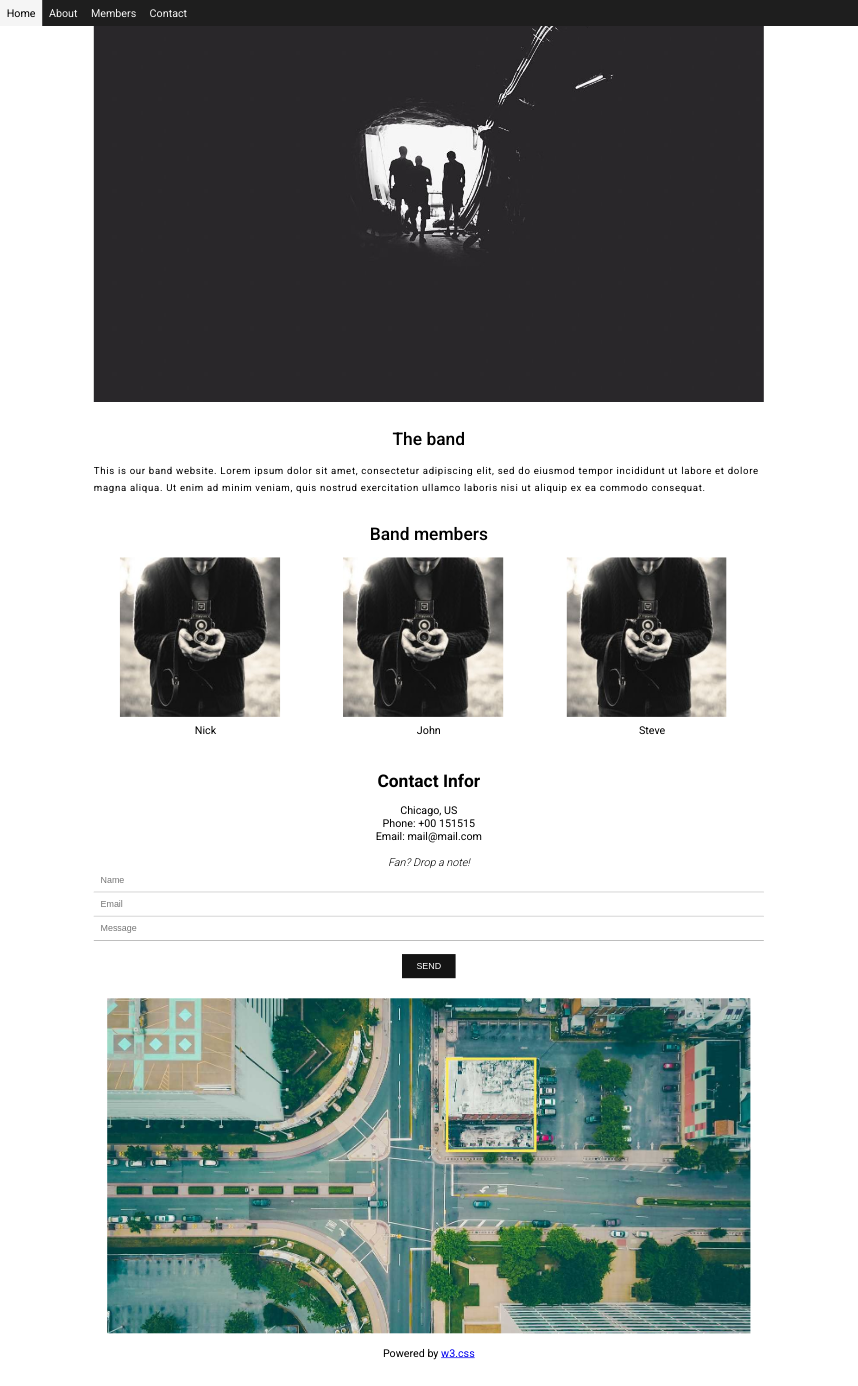
Repository: hieu-22/w3_band_UI
Page: index.html
These files come from the project's save history. The page is drawn as it stood at one moment and after the next save; the edit follows.
The browser window is 1280 px wide. The pictures show the whole page, at 67% of full size.

Above is the page before, as saved 2022-12-30 14:13:54.

### index.html
<!DOCTYPE html>
<html lang="en">
<head>
    <meta charset="UTF-8">
    <meta http-equiv="X-UA-Compatible" content="IE=edge">
    <meta name="viewport" content="width=device-width, initial-scale=1.0">
    <title>The band - by w3school</title>
    <script src="scr/main.js" defer></script>
    <link rel="stylesheet" href="assets/css/style.css">
    <link rel="preconnect" href="https://fonts.googleapis.com"><link rel="preconnect" href="https://fonts.gstatic.com" crossorigin><link href="https://fonts.googleapis.com/css2?family=Roboto:wght@100;300;400;500;700&display=swap" rel="stylesheet">
</head>
<body>
    <header class="header">
        <nav class="navigation-bar">
            <ul class="navigation-bar__list">
                <li class="navigation-bar__list-item">
                    Home
                </li>
                <li class="navigation-bar__list-item">
                    About
                </li>
                <li class="navigation-bar__list-item">
                    Members
                </li>
                <li class="navigation-bar__list-item">
                    Contact
                </li>
            </ul>
        </nav>
        <div class="banner"></div>
    </header>

    <main class="content">
        <div class="content__about">
            <h2 class="content__about-name">The band</h2>
            <p class="content__about-description"> This is our band website. Lorem ipsum dolor sit amet, consectetur adipiscing elit, sed do eiusmod tempor incididunt ut labore et dolore magna aliqua. Ut enim ad minim veniam, quis nostrud exercitation ullamco laboris nisi ut aliquip ex ea commodo consequat.
            </p>
        </div>
        <!-- end about -->

        <div class="content__members">
            <h2 class="content__members-header">Band members</h2>
            <div class="content__members-container">
                <div class="member">
                    <div class="member__img">
                        <img src="/assets/img/img_bandmember.jpg" alt="band member">
                    </div>
                    <p class="member__name">Nick</p>
                </div>
                <!-- member1 -->
                <div class="member">
                    <div class="member__img">
                        <img src="/assets/img/img_bandmember.jpg" alt="band member">
                    </div>
                    <p class="member__name">John</p>
                </div>
                <!-- member2 -->
                <div class="member">
                    <div class="member__img">
                        <img src="/assets/img/img_bandmember.jpg" alt="band member">
                    </div>
                    <p class="member__name">Steve</p>
                </div>
                <!-- member3 -->
            </div>
        </div>
        <!-- end members -->
        <div class="content__contact-infor">
            <h2 class="contact-infor__header">Contact Infor</h2>
            <address class="contact-infor__address">
                Chicago, US</br>
                Phone: +00 151515</br>
                Email: mail@mail.com
            </address>
            <div class="contact-infor__form">
                <h3 class="contact-infor__form-title">Fan? Drop a note!</h3>
            <form action="#">
                <input type="text" placeholder="Name" name="name">
                <input type="email" placeholder="Email">
                <input type="text" placeholder="Message">
                <button type="submit">SEND</button>
            </form>
            </div>
            <div class="contact-infor__banner"></div>
        </div>
    </main>

    <footer class="footer">
        <p>Powered by <a href="#">w3.css</a></p>
    </footer>
</body>
</html>

### scr/main.js
// change banner starts
const banner = document.querySelector('.banner')
let currentBanner = 'banner1'

function changeBanner() {
    if(currentBanner == 'banner1') {
        banner.classList.remove('banner-picture1')
        banner.classList.add('banner-picture2')
        currentBanner = 'banner2'
    } else if(currentBanner == 'banner2') {
        banner.classList.remove('banner-picture2')
        banner.classList.add('banner-picture3')
        currentBanner = 'banner3'
    } else {
        banner.classList.remove('banner-picture3')
        currentBanner = 'banner1'
    }
}

setInterval(changeBanner, 1500)
// change banner ends

### assets/css/style.css
* {
    box-sizing: border-box;
    padding: 0;
    margin: 0;

}

html {
    font-family: 'Roboto', sans-serif;
    font-size: 16px;
    max-width: 1000px;
    margin: auto;
}

.header {
    height: 600px;
}

.navigation-bar {
    position: fixed;
    top: 0;
    left: 0;
    z-index: 2;
    width: 100%;
    background-color: rgb(30, 30, 30);
}

.navigation-bar__list {
    display: flex;
    justify-content: flex-start;
    align-items: center;
    border-radius: 2px;
    list-style-type: none;
}

.navigation-bar__list-item {
    padding: 10px;
    color: whitesmoke;
}

.navigation-bar__list-item:hover {
    background-color: whitesmoke;
    color: black;
    cursor: pointer;
}

.banner {
    height: 100%;
    width: auto;
    background-size: cover;
    background-image: url('../img/img_la.jpg');
}

.banner-picture2 {
    background-image: url('../img/img_ny.jpg');
}
.banner-picture3 {
    background-image: url('../img/img_ch.jpg');
}

/* main content */
.content__about {
    margin-top: 20px;
}

.content__about-name {
    font-weight: 500;
    text-align: center;
    font-size: 26px;
    padding: 20px 0;
}

.content__about-description {
    letter-spacing: 1px;
    line-height: 26px;
    font-size: 0.9rem;
}
/* end about */

.content__members {
    margin-top: 20px;
}
.content__members-header {
    font-weight: 500;
    text-align: center;
    width: 100%;
    padding: 20px 0;
    font-size: 26px;
}
.content__members-container {
    display: flex;
    justify-content: space-around;
}

.member__img {
    height: 80%;
}

.member__img img {
    height: 100%;
}

.member__name {
    text-align: center;
    padding: 10px;
}
/* end member */

.content__contact-infor {
    margin-top: 20px;
}

.content__contact-infor .contact-infor__header {
    margin: 20px 0;
    text-align: center;
    font-size: 26px;
}

.content__contact-infor .contact-infor__address {
    margin: 20px 0;
    text-align: center;
    font-style: normal;
}
/* end contact address */

.content__contact-infor .contact-infor__form-title {
    font-style: italic;
    font-weight: 300;
    font-size: 16px;
    text-align: center;
}

input {
    width: 100%;
    padding: 10px;
    border: none;
    border-bottom: 1px solid rgb(158, 158, 158);
}

input:focus {
    border: 1px solid black;
}

button {
    position: relative;
    left: 50%;
    top: 20px;
    transform: translateX(-50%);

    width: 80px;
    height: 36px;
    border: none;

    background-color: rgb(20, 20, 20);
    color: white;

    cursor: pointer;
}

button:hover {
    background-color: rgb(196, 198, 199);
    color: black;
}
/* end contact form */

.contact-infor__banner {
    height: 500px;
    width: auto;
    margin: 50px 20px 0 20px;
    background-image: url(../img/map.jpg);
    background-size: cover;
    background-repeat: no-repeat;
}

.footer {
    margin: 20px 0 40px 0;
}

.footer p {
    text-align: center;
}

@media only screen and (760px < width < 1000px) {
    .banner {
        background-size: contain;
        background-repeat: no-repeat;
    }
    .contact-infor__banner {
        height: 400px;
    }
}

@media only screen and (580px < width <= 760px) {
    .content__members-container {
        flex-flow: row wrap;
    }
    .contact-infor__banner {
        height: 360px;
    }
}

@media only screen and (width < 580px) {
    .content__members-container {
        flex-flow: column;
    }
    .member__img {
        display: flex;
        justify-content: center;
    }

    .contact-infor__banner {
        height: 300px;
        background-size: contain;
    }
}

After the next save:
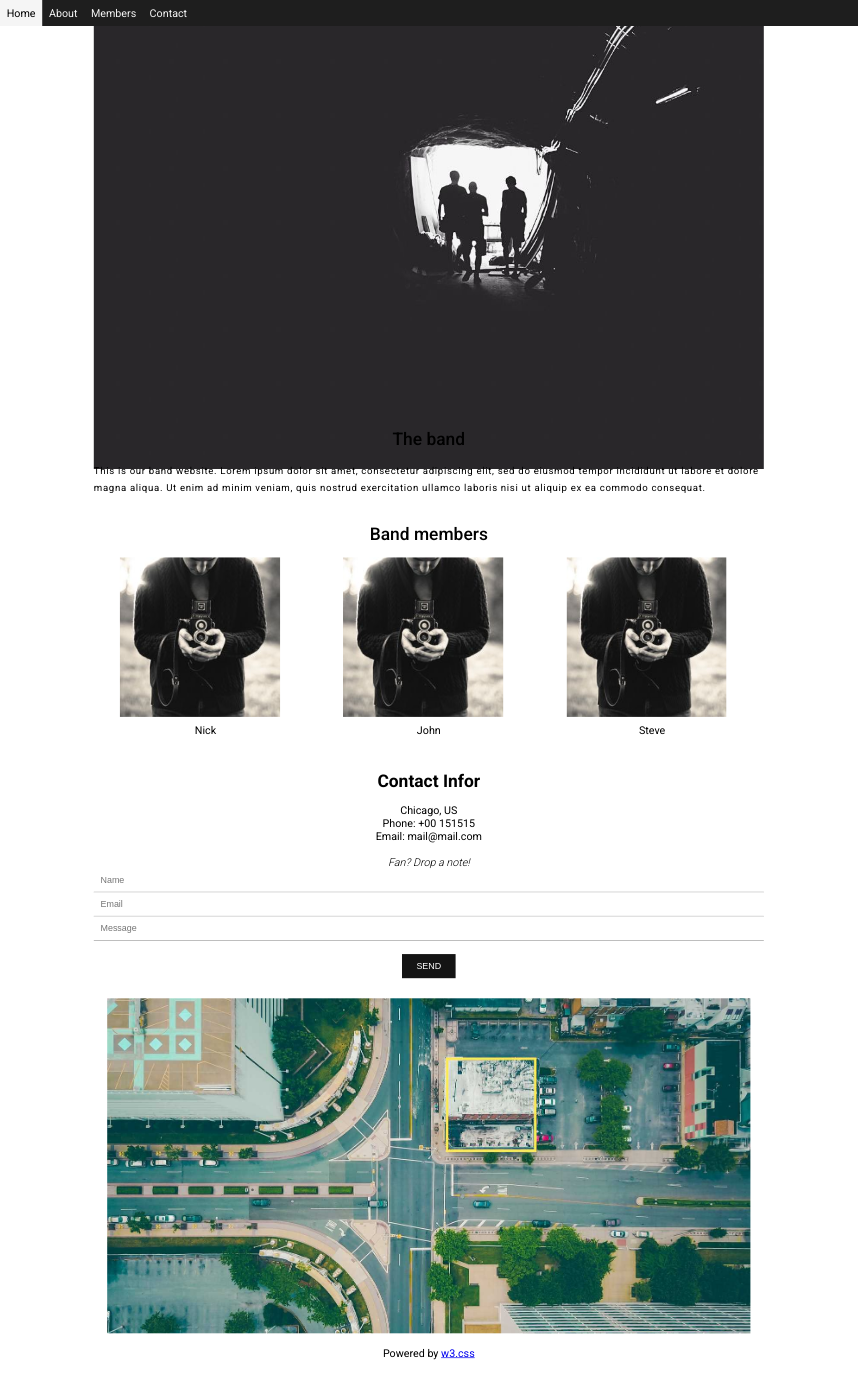
Saved 14 s later.
--- a/assets/css/style.css
+++ b/assets/css/style.css
@@ -45,7 +45,7 @@
 }
 
 .banner {
-    height: 100%;
+    height: 700px;
     width: auto;
     background-size: cover;
     background-image: url('../img/img_la.jpg');

After the save that followed:
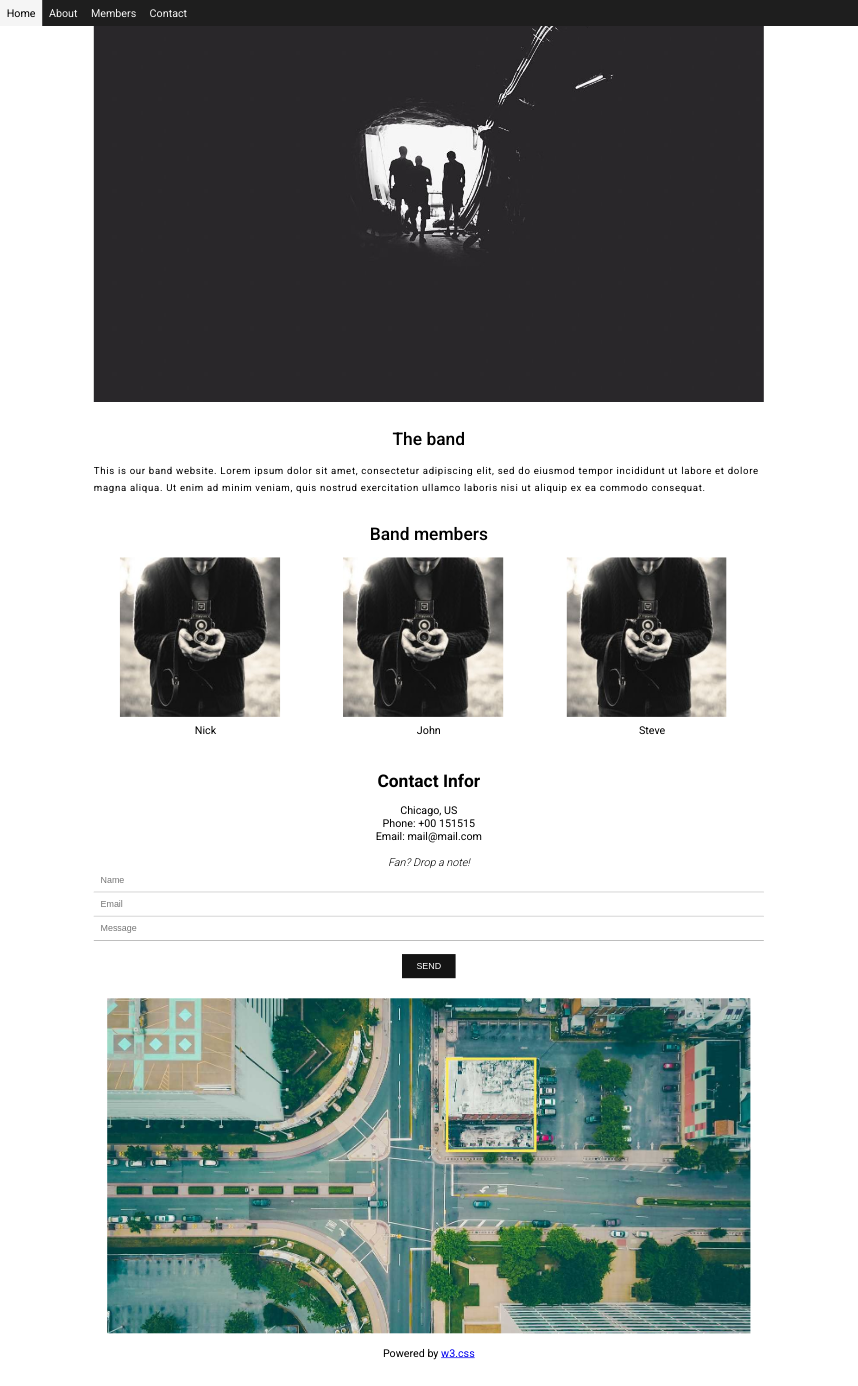
Saved 15 s later.
--- a/assets/css/style.css
+++ b/assets/css/style.css
@@ -45,7 +45,7 @@
 }
 
 .banner {
-    height: 700px;
+    height: 100%;
     width: auto;
     background-size: cover;
     background-image: url('../img/img_la.jpg');
